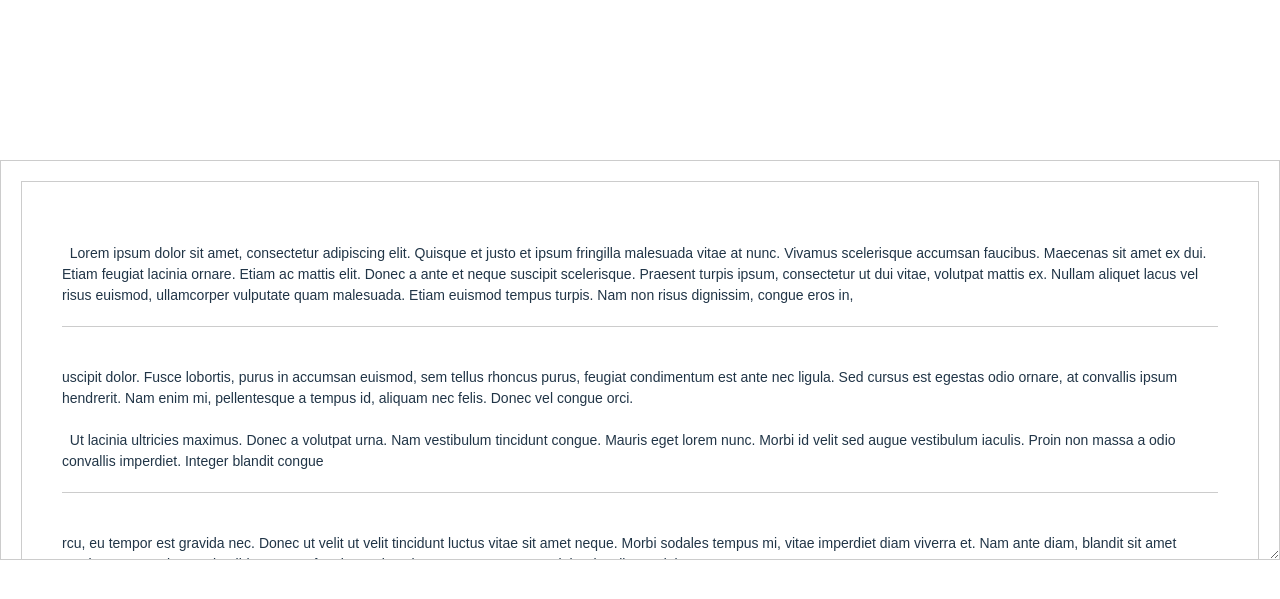
Repository: TakingJester766/Page-View
Page: /
An editor plug-in stored every save of this project. The page is shown before and after the next save, followed by the edit.
The browser window is 1280 px wide. The pictures show the whole page.
An inner scrolling area shows only its first screen. The project was rebuilt for these pictures with package versions that can differ from the ones it lists, and the page was loaded fresh each time. Also part of the build but not shown: vite.config.js.

Above is the page before, as saved 2023-01-15 22:43:08.

### src/App.jsx
import React from 'react';
import ScrollableText from './ScrollableText';

function App() {
  const text = `
  Lorem ipsum dolor sit amet, consectetur adipiscing elit. Quisque et justo et ipsum fringilla malesuada vitae at nunc. Vivamus scelerisque accumsan faucibus. Maecenas sit amet ex dui. Etiam feugiat lacinia ornare. Etiam ac mattis elit. Donec a ante et neque suscipit scelerisque. Praesent turpis ipsum, consectetur ut dui vitae, volutpat mattis ex. Nullam aliquet lacus vel risus euismod, ullamcorper vulputate quam malesuada. Etiam euismod tempus turpis. Nam non risus dignissim, congue eros in, suscipit dolor. Fusce lobortis, purus in accumsan euismod, sem tellus rhoncus purus, feugiat condimentum est ante nec ligula. Sed cursus est egestas odio ornare, at convallis ipsum hendrerit. Nam enim mi, pellentesque a tempus id, aliquam nec felis. Donec vel congue orci.

  Ut lacinia ultricies maximus. Donec a volutpat urna. Nam vestibulum tincidunt congue. Mauris eget lorem nunc. Morbi id velit sed augue vestibulum iaculis. Proin non massa a odio convallis imperdiet. Integer blandit congue arcu, eu tempor est gravida nec. Donec ut velit ut velit tincidunt luctus vitae sit amet neque. Morbi sodales tempus mi, vitae imperdiet diam viverra et. Nam ante diam, blandit sit amet maximus nec, vulputate in nibh. Aenean feugiat sapien sit amet erat tempus, eu lobortis tellus sodales.

  Vivamus nec dictum nibh, vel bibendum magna. Curabitur condimentum justo ac neque placerat, sit amet accumsan orci fermentum. Aliquam sed urna non eros feugiat fringilla. Vestibulum vel iaculis diam. Interdum et malesuada fames ac ante ipsum primis in faucibus. Morbi pretium augue tortor, in accumsan diam semper nec. Sed ac tincidunt tellus. Vivamus lobortis dui ut faucibus ultricies. Aliquam at consequat ipsum. Fusce vel mollis diam. Ut id dolor suscipit, iaculis est at, malesuada dui. Sed fringilla diam purus, a commodo augue pretium eget. Fusce blandit ut ante sed mollis. Nulla non porttitor urna. Curabitur sed varius nunc, id elementum justo.

  Etiam commodo finibus risus ut lobortis. Donec ac massa id dolor cursus gravida. Sed non sem id est tincidunt egestas. Aenean et aliquam est. Aenean ornare sit amet erat sed commodo. Morbi et tortor sit amet lacus tempor consectetur. Aenean ultrices libero ac tellus molestie, in maximus leo porttitor. Pellentesque scelerisque ante nec velit aliquam posuere. Donec varius id ligula sit amet facilisis. Maecenas purus metus, egestas et auctor non, sagittis vel tellus. Sed facilisis, urna ac interdum suscipit, massa diam vestibulum orci, eu pretium ex odio et sem. Curabitur tempor, mi nec luctus vestibulum, diam elit aliquam risus, ut vestibulum est ante at libero. Nunc auctor consequat leo.

  Aliquam eu mauris a elit tincidunt rutrum sed eget lacus. Ut faucibus laoreet mauris tempus feugiat. Orci varius natoque penatibus et magnis dis parturient montes, nascetur ridiculus mus. Morbi in pretium ante. Morbi vel blandit dolor. Morbi volutpat libero et enim lobortis pharetra. Aliquam eget velit vel lacus gravida dignissim non a nibh. Phasellus dictum, quam eget sagittis scelerisque, tortor leo aliquam nunc, quis varius ipsum risus sed nisi. Quisque congue diam sed ipsum molestie bibendum. Praesent iaculis, urna et pretium suscipit, sem tortor dignissim neque, quis laoreet lorem elit id sem. Duis ullamcorper felis justo, id rhoncus sapien finibus nec. Quisque posuere velit mattis suscipit ornare. Ut molestie dignissim vestibulum. Nam at lectus bibendum, rhoncus orci ac, scelerisque ligula. Interdum et malesuada fames ac ante ipsum primis in faucibus.`;
  return (
    <div className="scroll-container">
      <ScrollableText text={text} />
    </div>
  );
}

export default App;

### src/index.css
:root {
  font-family: Inter, Avenir, Helvetica, Arial, sans-serif;
  font-size: 16px;
  line-height: 24px;
  font-weight: 400;

  color-scheme: light dark;
  color: rgba(255, 255, 255, 0.87);
  background-color: #242424;

  font-synthesis: none;
  text-rendering: optimizeLegibility;
  -webkit-font-smoothing: antialiased;
  -moz-osx-font-smoothing: grayscale;
  -webkit-text-size-adjust: 100%;
}

a {
  font-weight: 500;
  color: #646cff;
  text-decoration: inherit;
}
a:hover {
  color: #535bf2;
}

body {
  margin: 0;
  display: flex;
  place-items: center;
  min-width: 320px;
  min-height: 100vh;
}

h1 {
  font-size: 3.2em;
  line-height: 1.1;
}

button {
  border-radius: 8px;
  border: 1px solid transparent;
  padding: 0.6em 1.2em;
  font-size: 1em;
  font-weight: 500;
  font-family: inherit;
  background-color: #1a1a1a;
  cursor: pointer;
  transition: border-color 0.25s;
}
button:hover {
  border-color: #646cff;
}
button:focus,
button:focus-visible {
  outline: 4px auto -webkit-focus-ring-color;
}

@media (prefers-color-scheme: light) {
  :root {
    color: #213547;
    background-color: #ffffff;
  }
  a:hover {
    color: #747bff;
  }
  button {
    background-color: #f9f9f9;
  }
}

.scroll-container {
  height: 400px; /* adjust this to your desired height */
  overflow: hidden;
  padding: 20px; /* add some padding for the content */
  box-sizing: border-box; /* include the padding and border in the total width and height */
  border: 1px solid #ccc; /* add a border */
  font-size: 14px; /* adjust the font size to your preference */
  font-family: Arial, sans-serif; /* adjust the font family to your preference */
  line-height: 1.5; /* adjust the line height to your preference */
  word-wrap: break-word;
  white-space: pre-wrap;
  position: relative;
  resize: both;
}



.page-break {
  width: 100%;
  height: 20px;
  border-bottom: 1px solid #ccc;
}

.text-container {
  padding: 20px;
}

.scroll-tracker {
  position: absolute;
  top: 0;
  left: 0;
  width: 100%;
  height: 100%;
}

### src/ScrollableText.jsx
import { useState } from 'react';

const ScrollableText = ({text}) => {
  const [currentPage, setCurrentPage] = useState(0);
  const charactersPerPage = 500;
  const pageCount = Math.ceil(text.length / charactersPerPage);

  const handleScroll = (event) => {
    setCurrentPage(Math.floor(event.target.scrollTop / event.target.scrollHeight));
  };

  return (
    <div>
      <div className="scroll-container" style={{overflow: 'auto', height: '500px'}} onScroll={handleScroll}>
        {Array.from({ length: pageCount }, (_, i) => {
          let start = i * charactersPerPage;
          let end = (i + 1) * charactersPerPage;
          let currentText = text.slice(start, end);
          if (currentText[currentText.length - 1] !== " ") {
            let lastSpace = currentText.lastIndexOf(" ");
            currentText = currentText.slice(0, lastSpace);
          }
          return (
            <div className={`page ${i === currentPage ? 'visible' : 'hidden'}`} key={i}>
              <div className="text-container">
                {currentText}
                {i !== pageCount - 1 && <div className="page-break"></div>}
              </div>
            </div>
          );
        })}
      </div>
    </div>
  );

}

export default ScrollableText;

Loaded but not shown: index.html (common file); src/main.jsx (common file)

After the next save:
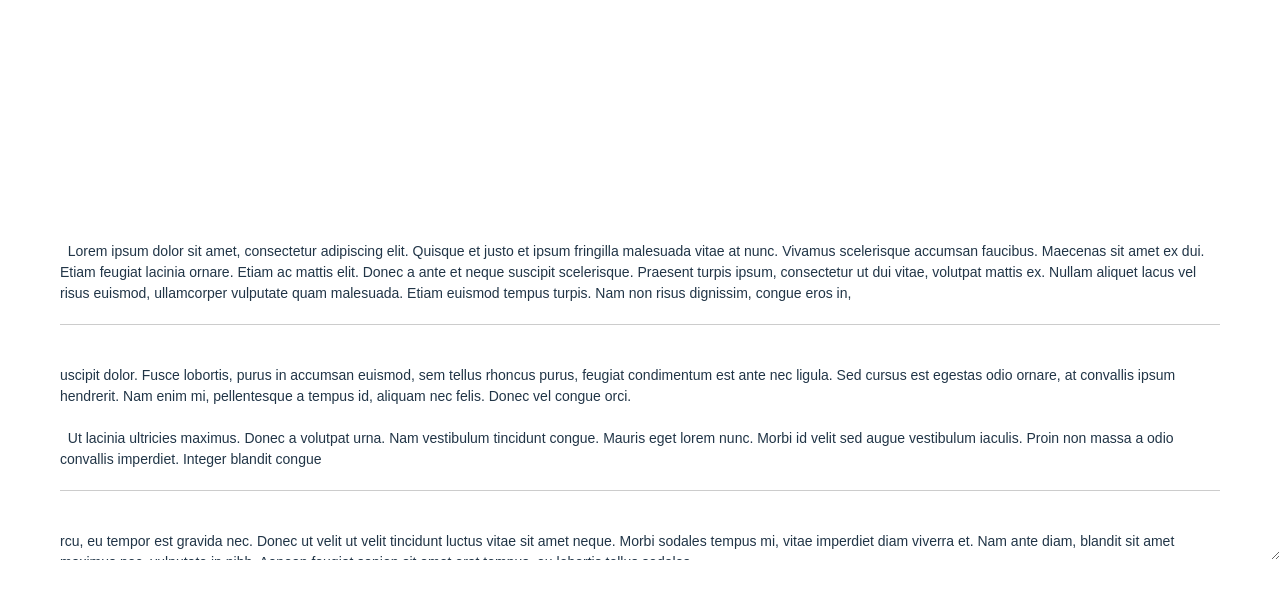
Saved 77 s later.
--- a/src/index.css
+++ b/src/index.css
@@ -74,7 +74,7 @@
   overflow: hidden;
   padding: 20px; /* add some padding for the content */
   box-sizing: border-box; /* include the padding and border in the total width and height */
-  border: 1px solid #ccc; /* add a border */
+  border: none;
   font-size: 14px; /* adjust the font size to your preference */
   font-family: Arial, sans-serif; /* adjust the font family to your preference */
   line-height: 1.5; /* adjust the line height to your preference */

After the save that followed:
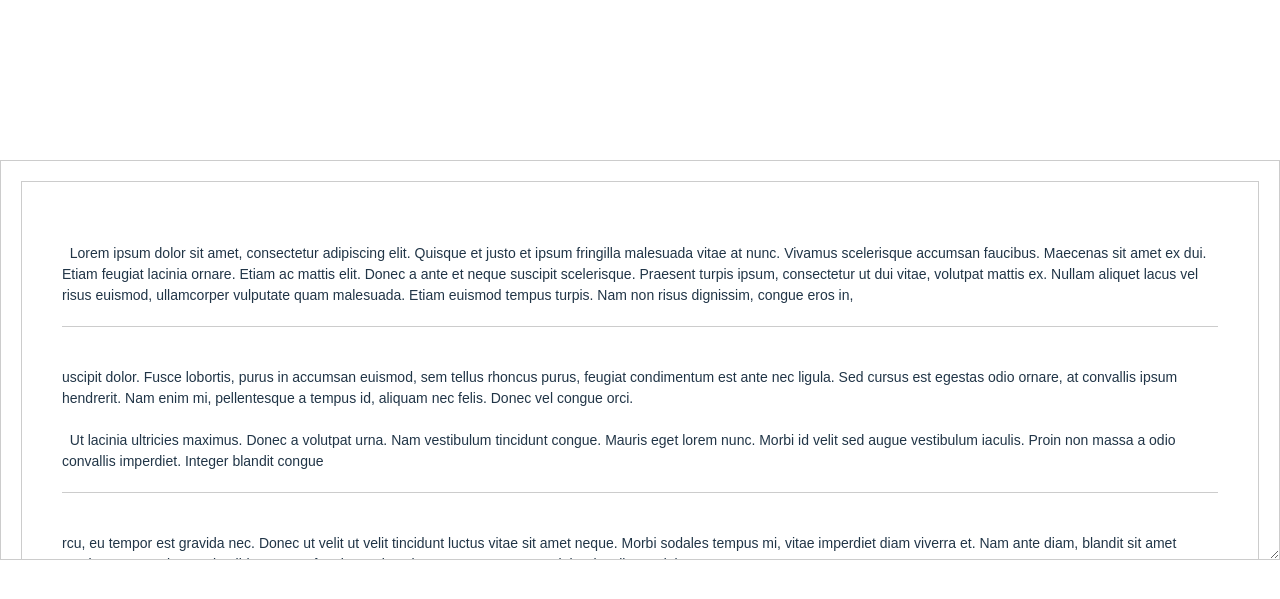
Saved 9 s later.
--- a/src/index.css
+++ b/src/index.css
@@ -74,7 +74,7 @@
   overflow: hidden;
   padding: 20px; /* add some padding for the content */
   box-sizing: border-box; /* include the padding and border in the total width and height */
-  border: none;
+  border: 1px solid #ccc; /* add a border */
   font-size: 14px; /* adjust the font size to your preference */
   font-family: Arial, sans-serif; /* adjust the font family to your preference */
   line-height: 1.5; /* adjust the line height to your preference */
